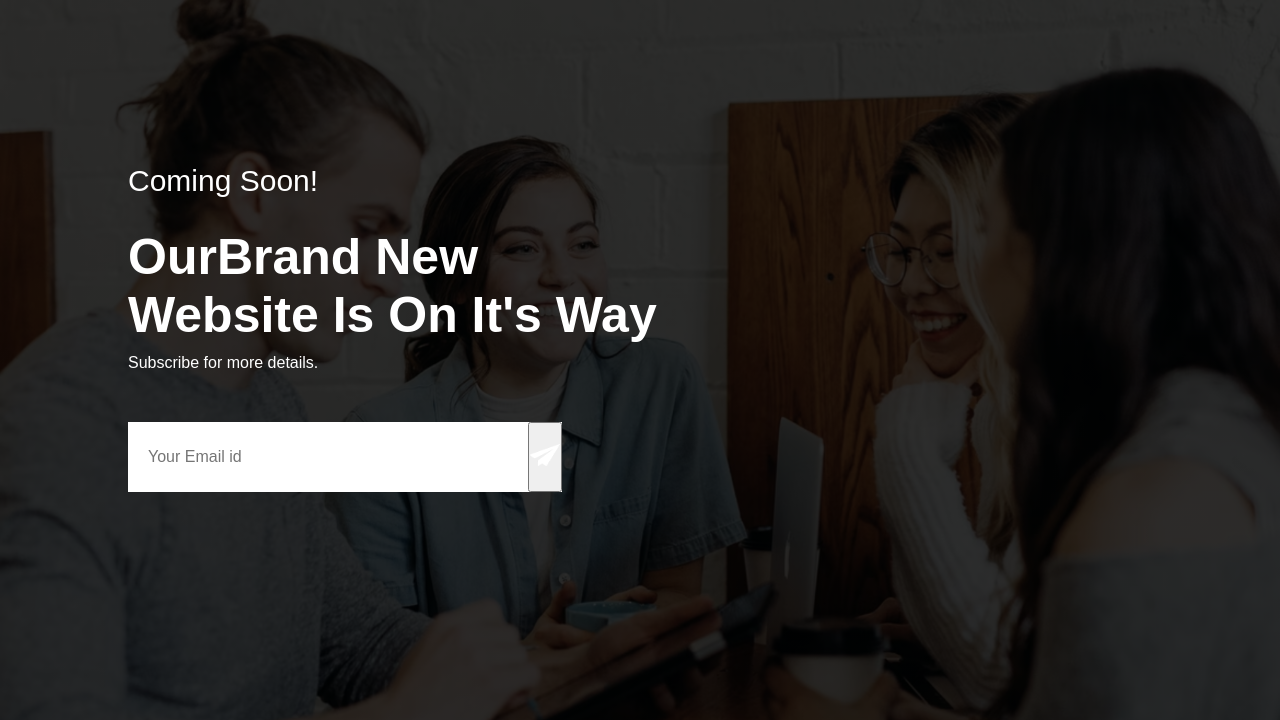
Repository: AbdullahOwais-Dev/Email-Subscription
Page: index.html
These files come from the project's save history. The page is drawn as it stood at one moment and after a run of saves; the edit follows.
The browser window is 1280 px wide. The pictures show the whole page.

Above is the page before, as saved 2025-02-07 23:40:15.

### index.html
<!DOCTYPE html>
<html lang="en">
<head>
    <meta charset="UTF-8">
    <meta name="viewport" content="width=device-width, initial-scale=1.0">
    <link rel="stylesheet" href="style.css">
    <link rel="shortcut icon" href="images/icon.png" type="image/x-icon">
    <title>Email Subscription</title>
</head>
<body>

    <div class="hero">
        <h3>Coming Soon!</h3>
        <h1>OurBrand New<br>Website Is On It's Way</h1>
        <p>Subscribe for more details.</p>
        <form>
            <input type="email" name="email" placeholder="Your Email id" required>
            <button type="submit"><img src="images/send-icon.png" width="30px"></button>
        </form>
    </div>


    <style>

    </style>
</body>
</html>

### style.css
*{
    margin: 0;
    padding: 0;
    box-sizing: border-box;
    font-family: 'poppins', sans-serif;
}
.hero{
    width: 100%;
    height: 100vh;
    background-image: linear-gradient(rgba(0,0,0,0.8), rgba(0,0,0,0.8)), url(images/background.png);
    background-size: cover;
    background-position: center;
    padding: 10px 10%;
    color: #fff;
}
.hero h3{
    margin-top: 15%;
    font-weight: 400;
    font-size: 30px;
}
.hero h1{
    margin-top: 30px;
    font-size: 50px;
}
.hero p{
    margin: 10px 0 50px;
}
form{
    background: #fff;
    display: flex;
    width: fit-content;
}
form input{
    border: 0;
    outline: none;
    padding: 10px 20px;
    height: 70px;
    width: 400px;
    font-size: 16px;
}
form button{
    background: #;
}

After the next 2 saves:
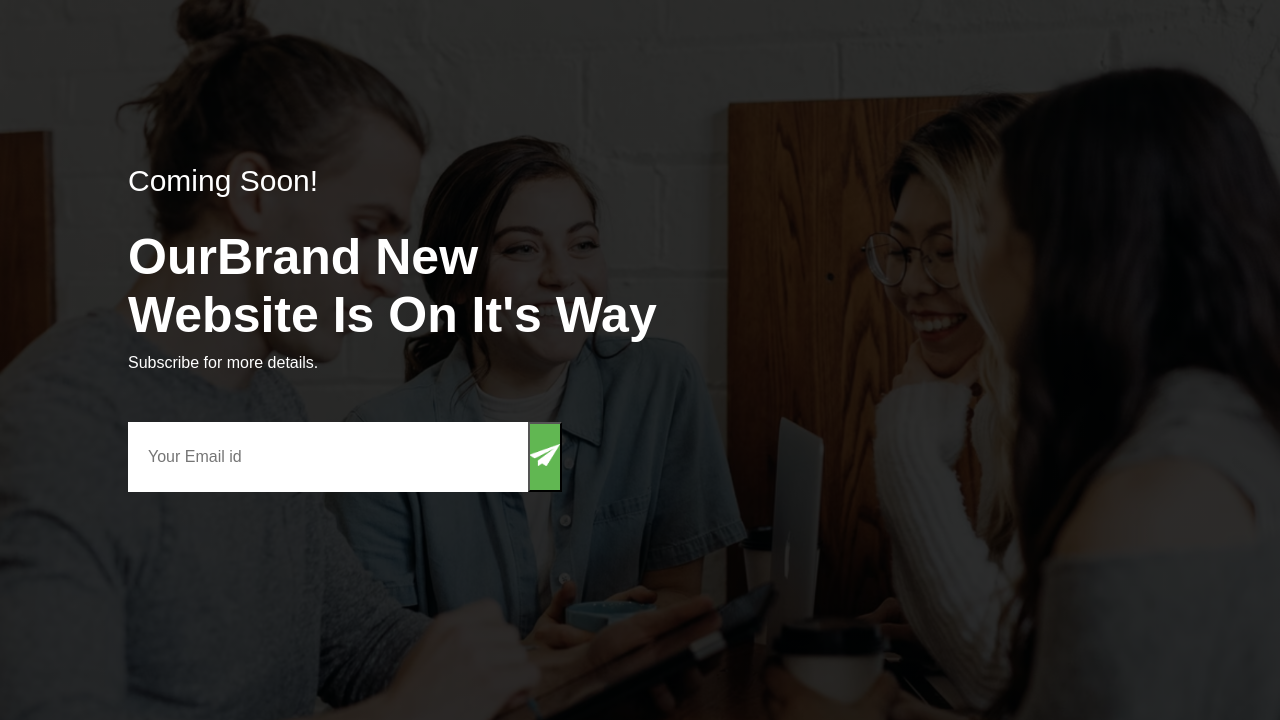
The 2 saves are shown as one change because they came seconds apart.
The last was saved 16 s later.
--- a/style.css
+++ b/style.css
@@ -39,5 +39,5 @@ form input{
     font-size: 16px;
 }
 form button{
-    background: #;
+    background: #61b752;
 }
